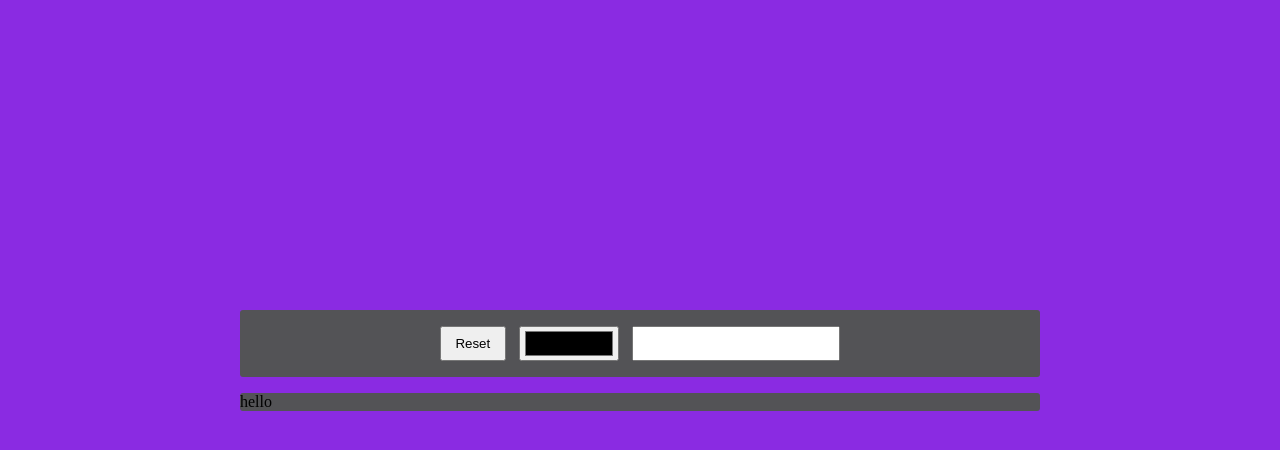
Repository: Larrowo/Challenges
Page: Pixel-Art/index.html
These files come from the project's save history. The page is drawn as it stood at one moment and after the next save; the edit follows.
The browser window is 1280 px wide. The pictures show the whole page.

Above is the page before, as saved 2022-04-20 12:21:41.

### Pixel-Art/index.html
<!DOCTYPE html>
<html lang="en">

<head>
    <meta charset="UTF-8" />
    <meta http-equiv="X-UA-Compatible" content="IE=edge" />
    <meta name="viewport" content="width=device-width, initial-scale=1.0" />
    <title>Document</title>
    <link rel="stylesheet" href="style.css" />
    <script src="/Pixel-Art/main.js" defer></script>
</head>

<body>
    <div class="navbar">
        <button class="btn">Reset</button>
        <input type="color" color="#00eeff" class="color">
        <input type="number" class="size">
    </div>
    <div class="container">
        hello
    </div>
</body>

</html>

### Pixel-Art/style.css
*{
    margin: 0;
    padding: 0;
    box-sizing: border-box;
}

html, body{
    height: 100%;
}

body{
    background-color: blueviolet;
    display: flex;
    justify-content: center;
    align-items: center;
    flex-direction: column;

}

.navbar, .container{
    background-color:rgb(83, 83, 86);
    width: 800px;
    border-radius: 3px;
}

.navbar{
    padding: 1em;
    margin-bottom: 1em;
    display: flex;
    justify-content: center;
    align-items: center;
}

.btn, input{
    height: 35px;
    padding: 0 1em;
}

.color{
    padding: 0 .25em;
    width: 100px;
    margin: 0 1em;
}

Loaded but not shown: Pixel-Art/main.js (no stored copy; drawn as an empty file)

After the next save:
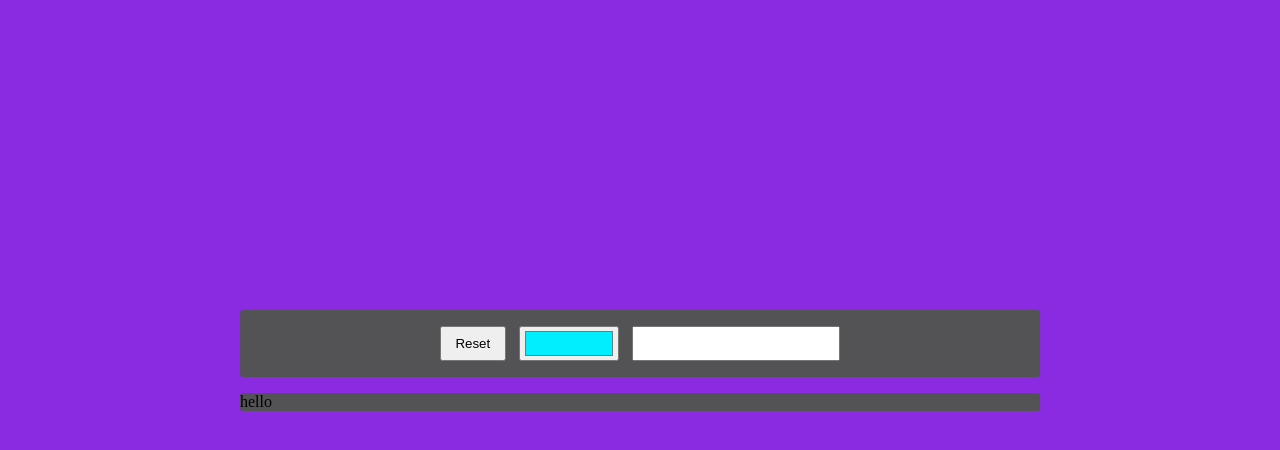
Saved 12 s later.
--- a/Pixel-Art/index.html
+++ b/Pixel-Art/index.html
@@ -13,7 +13,7 @@
 <body>
     <div class="navbar">
         <button class="btn">Reset</button>
-        <input type="color" color="#00eeff" class="color">
+        <input type="color" value="#00eeff" class="color">
         <input type="number" class="size">
     </div>
     <div class="container">
